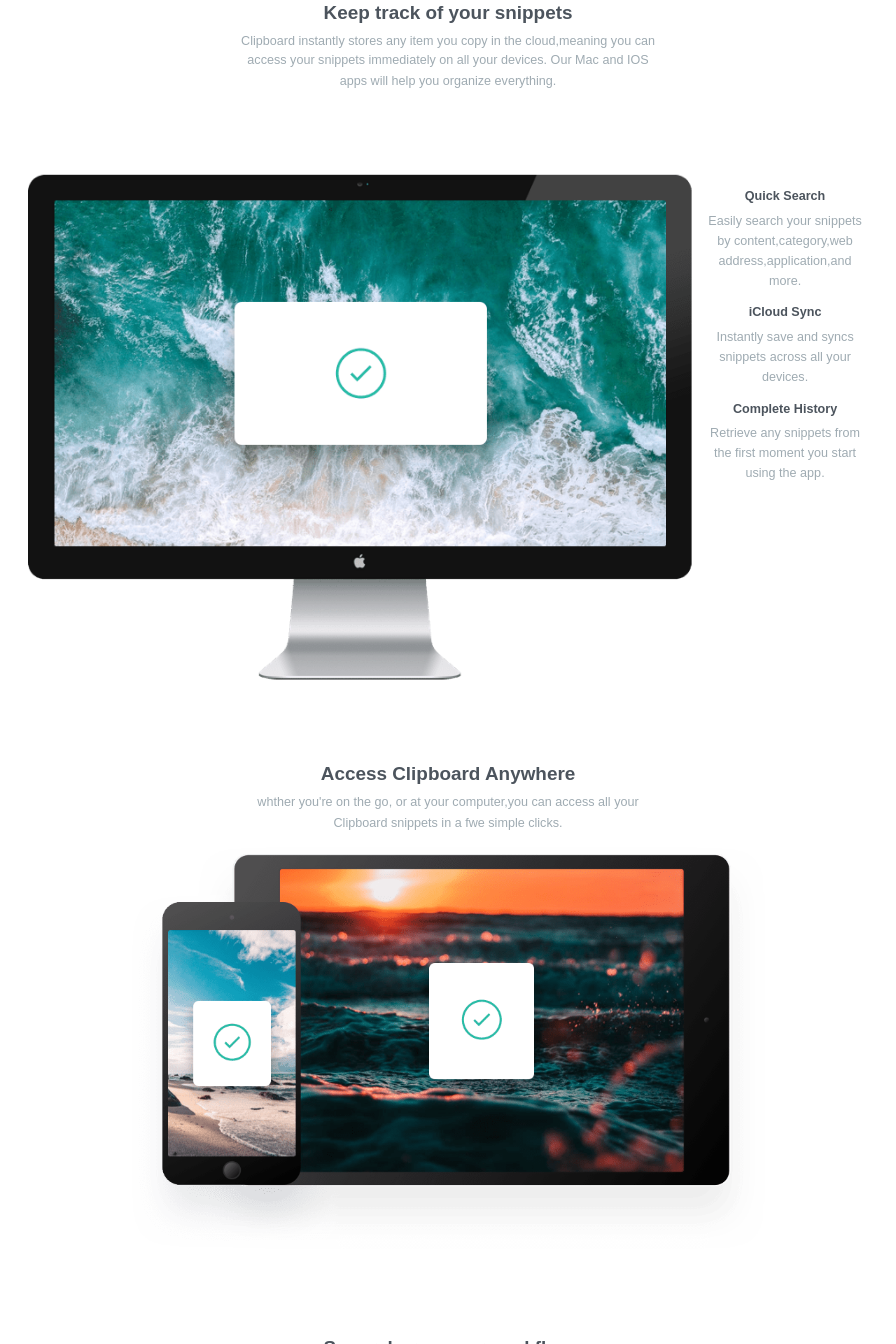
Repository: moataz305G/Clipboard-landing-page
Page: index.html
An editor plug-in stored every save of this project. The page is shown before and after the next save, followed by the edit.
The browser window is 1280 px wide. The pictures show the part of the page from y = 474 to 2394 px (the page is 3241 px tall before and 3092 px after), at 70% of full size.

Above is the page before, as saved 2025-12-24 10:59:26.

After the next save:
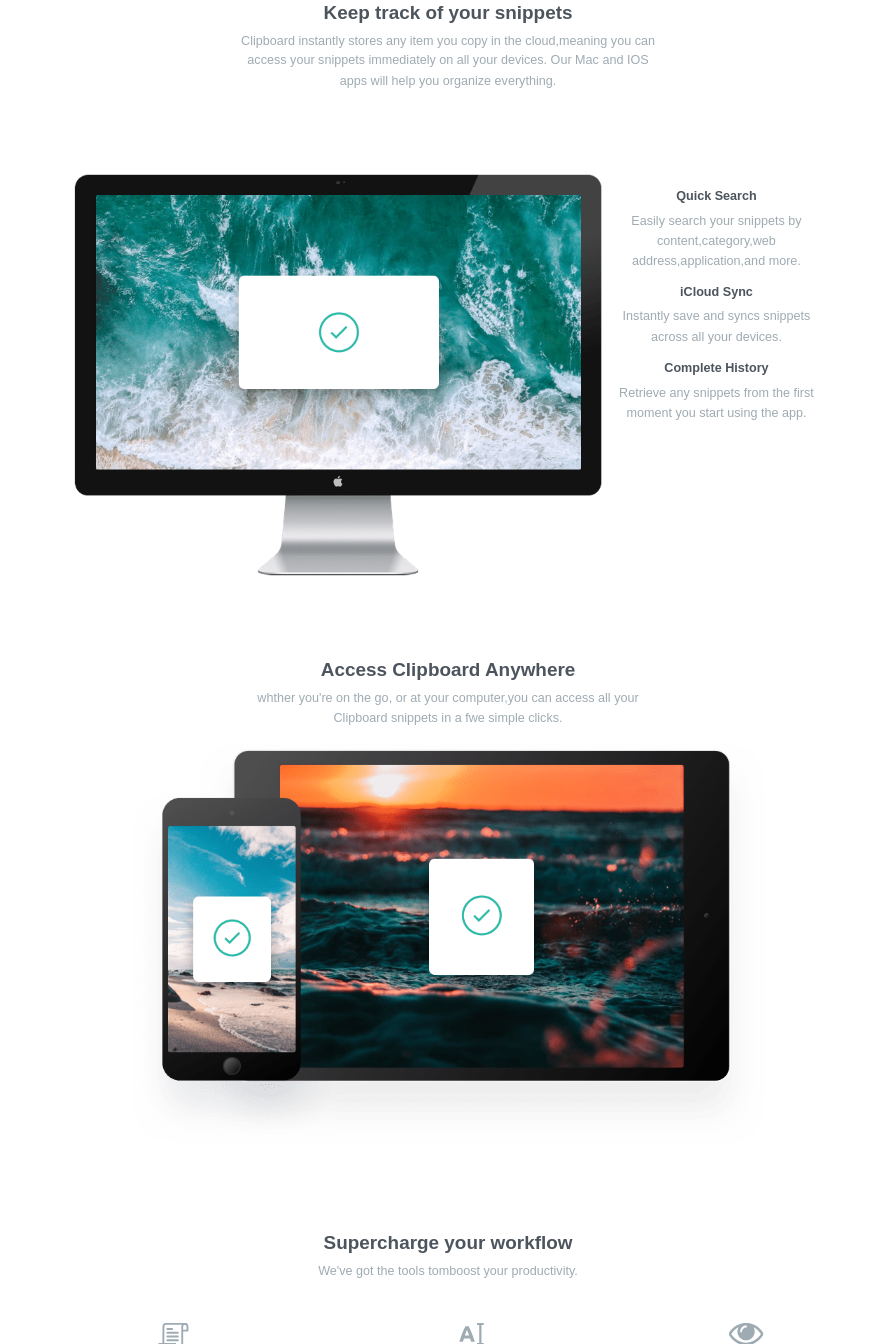
Saved 37 s later.
--- a/style.css
+++ b/style.css
@@ -80,9 +80,9 @@
   justify-content: center;
   gap: 15px;
 }
-.fuature__image {
+/* .fuature__image {
   width: 100%;
-}
+} */
 .fuatures__text p {
   max-width: 300px;
 }
